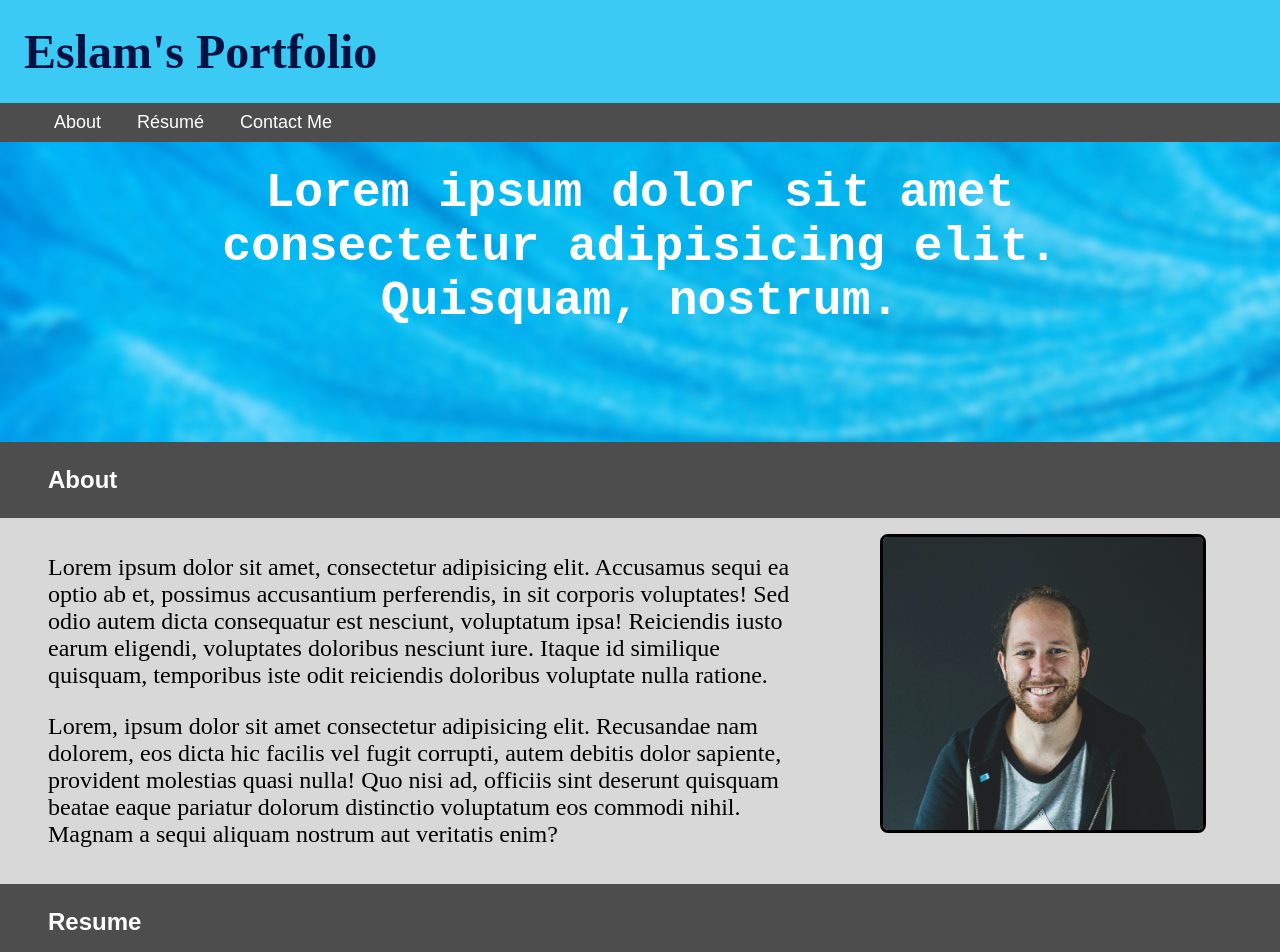
Repository: madahetooo/MyProtfolioHackathonProject
Page: index.html
These files come from the project's save history. The page is drawn as it stood at one moment and after a run of saves; the edit follows.
The browser window is 1280 px wide. The pictures show the part of the page from y = 0 to 952 px (the page is 2164 px tall).
Some web libraries are served in a nearby version.

Above is the page before, as saved 2021-10-30 14:05:05.

### index.html
<!DOCTYPE html>
<html lang="en">

<head>
    <meta charset="UTF-8">
    <meta http-equiv="X-UA-Compatible" content="IE=edge">
    <meta name="viewport" content="width=device-width, initial-scale=1.0">
    <script src="https://kit.fontawesome.com/75c964d97d.js" crossorigin="anonymous"></script>
    <link rel="icon" href="images/J.png">
    <title>My Portfolio</title>
    <style>
        body {
            margin: 0;
        }
        header {
            background-color: rgb(58 202 243);
            color:rgb(0,18,68);
            font-family: Brush Script MT, Brush Script Std, cursive;
            font-size: x-large;
        }
        header h1 {
            margin: 0;
            padding: 0.5em 0.5em;
        }
        #navigation {
            list-style: none;
            display: flex;
            background-color: rgb(77, 77, 77);
            margin: 0;
            padding: 0.5em 1em 0.5em 2em ;
            font-family: sans-serif;
            font-size: large;
        }
        #navigation a {
            text-decoration: none;
            margin: 0 1em;
            color: white;
        }
        #showcase {
            background-image: url("/images/bg.jpg");
            background-size: cover;
            background-position: center center;
            min-height: 300px;
            text-align: center;
        }
        #about, #resume {
            font-family: sans-serif;
            background-color: rgb(77, 77, 77);
            margin: auto;
            color:white;
            padding: 1em 1em 1em 2em;

        }
        #showcase h2 {
            margin: auto;
            padding: 0.5em 2em ;
            color: white;
            font-size: 3rem;
            font-family: monospace;
        }
        .aboutContainer {
            display: flex;
            background-color: rgb(216, 216, 216);
        }
        #main {
            width: 60%;
            padding: 0.5em 2em ;
            font-size: 1.5rem;

        }
        aside {
            width: 25%;
        }
        .me {
            width: 100%;
            max-width: 400px;
            margin: 1em;
            border: solid;
            border-radius: 0.5em;
        }
        .resumeContainer iframe {
            width: 99%;
            min-height: 900px;
        }
        #main-footer {
            background-color: rgb(77, 77, 77);
            color: white;
            text-align: center;
            padding: 2.5em 2em 0.5em 2em;
        }
        .contact{
            font-size: x-large;
        }
        .contact a {
            text-decoration: none;
            color: white;
            font-weight: bold;
        }
        .social-media {
            margin: 2em 0;
        }
        .social-media a {
            text-decoration: none;
            color: white;
            font-size: 2.5rem;
            margin: 0 0.5em;
        }
    </style>
</head>

<body>
    <header>
        <h1>Eslam's Portfolio</h1>
    </header>
    <nav>
        <ul id="navigation">
            <li><a href="#about">About</a></li>
            <li><a href="#resume">Résumé</a></li>
            <li><a href="#main-footer">Contact Me</a></li>
        </ul>
    </nav>
    <div id="showcase">
        <div class="container">
            <h2>Lorem ipsum dolor sit amet consectetur adipisicing elit. Quisquam, nostrum.</h2>
        </div>
    </div>
    <h2 id="about">About</h2>
    <div class="aboutContainer">
        <div id="main">
            <p>Lorem ipsum dolor sit amet, consectetur adipisicing elit. Accusamus sequi ea optio ab et, possimus
                accusantium perferendis, in sit corporis voluptates! Sed odio autem dicta consequatur est nesciunt,
                voluptatum ipsa! Reiciendis iusto earum eligendi, voluptates doloribus nesciunt iure. Itaque id
                similique quisquam, temporibus iste odit reiciendis doloribus voluptate nulla ratione.</p>
            <p>Lorem, ipsum dolor sit amet consectetur adipisicing elit. Recusandae nam dolorem, eos dicta hic facilis
                vel fugit corrupti, autem debitis dolor sapiente, provident molestias quasi nulla! Quo nisi ad, officiis
                sint deserunt quisquam beatae eaque pariatur dolorum distinctio voluptatum eos commodi nihil. Magnam a
                sequi aliquam nostrum aut veritatis enim?</p>
        </div>
        <aside><img src="images/john-doe.jpg" alt="John's picture" class="me"></aside>
    </div>
    <h2 id="resume">Resume</h2>
    <div class="resumeContainer">
        <iframe src="https://docs.google.com/document/d/e/2PACX-1vR032kqA4xdy2QUvcVKjnJ9RImkEOfdYexw67QKQ6SHkg9HznEFGkCwV1goGGS4qgYYp0PFmppO9zcS/pub?embedded=true"></iframe>
    </div>

    <footer id="main-footer">
        <div class="contact">
            <p>I hope To hear from you!</p>
            <a href="mailto:john_doe@example.com">john_doe@example.com</a>
        </div>
        <div class="social-media">
            <a href="#"><i class="fa fa-github"></i></a>
            <a href="#"><i class="fa fa-facebook-square"></i></a>
            <a href="#"><i class="fa fa-linkedin"></i></a>
        </div>
        <div class="copyrights">
            <p>copyright &copy; 2021 John's Portfolio</p>
        </div>
    </footer>
</body>

</html>

After the next 3 saves:
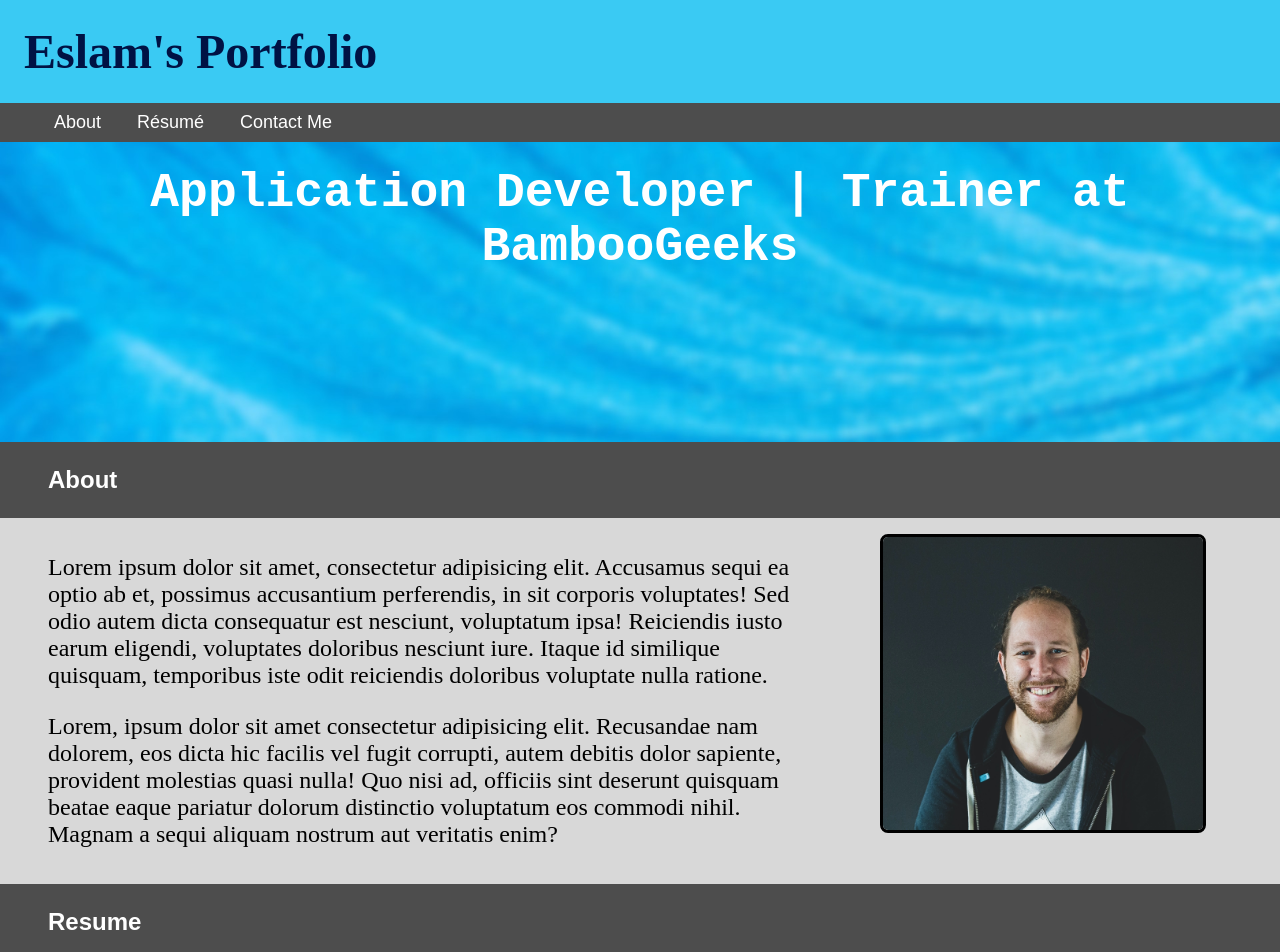
The 3 saves are shown as one change because they came seconds apart.
The last was saved 2 min 0 s later.
--- a/index.html
+++ b/index.html
@@ -121,7 +121,7 @@
     </nav>
     <div id="showcase">
         <div class="container">
-            <h2>Lorem ipsum dolor sit amet consectetur adipisicing elit. Quisquam, nostrum.</h2>
+            <h2>Application Developer | Trainer at BambooGeeks</h2>
         </div>
     </div>
     <h2 id="about">About</h2>
